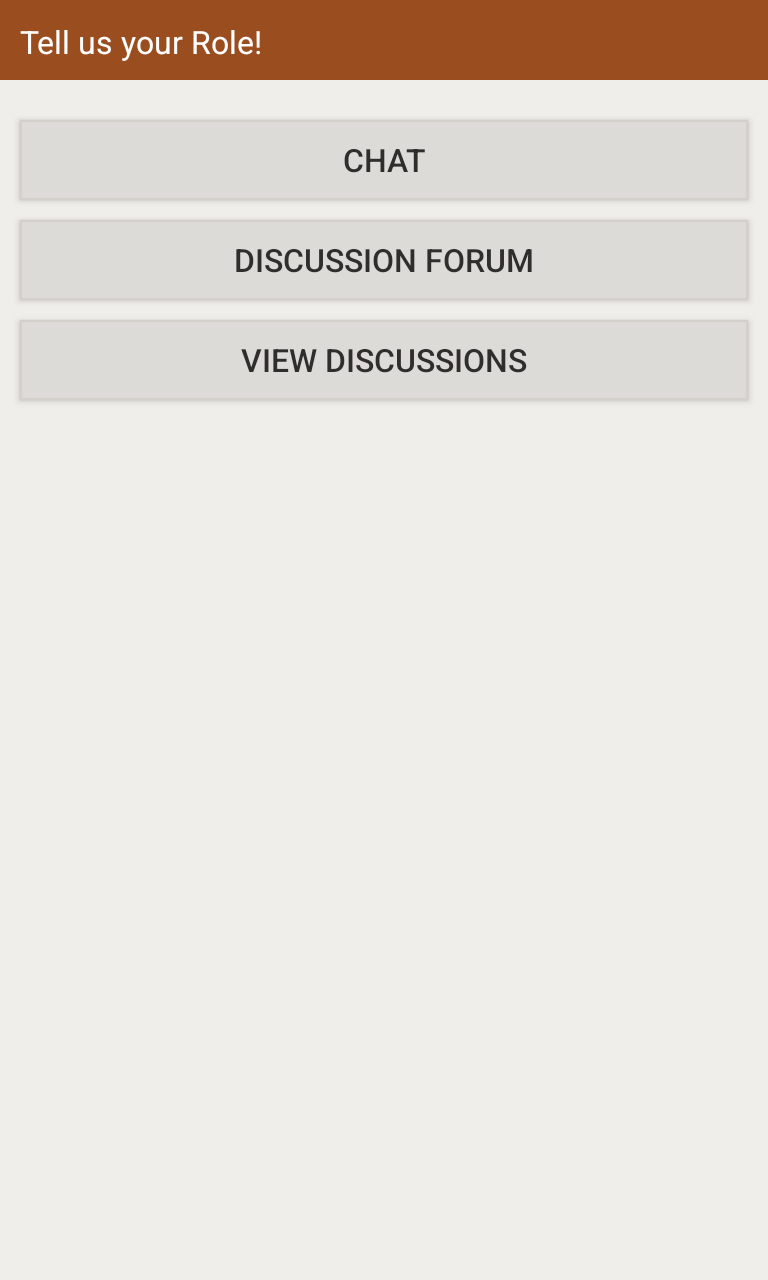
Repository: Prasannakumarb/CollegeMate
Layout: CollegeMate/CollegeMate/res/layout/activity_basic_home_screen.xml
The author's editor kept a copy of each file at every save. The layout is drawn from the files as they stood at one save, then again after the next save.
It is drawn on a 768 x 1280 px phone screen (xhdpi) without system bars, with theme AppTheme; the app's code is not run. The app's manifest (not shown) leaves right-to-left support off. So textAlignment, textDirection and layoutDirection are ignored, and left and right values win over start and end ones.

Above is the layout before, as saved 2014-06-28 22:14:19.

After the next save:
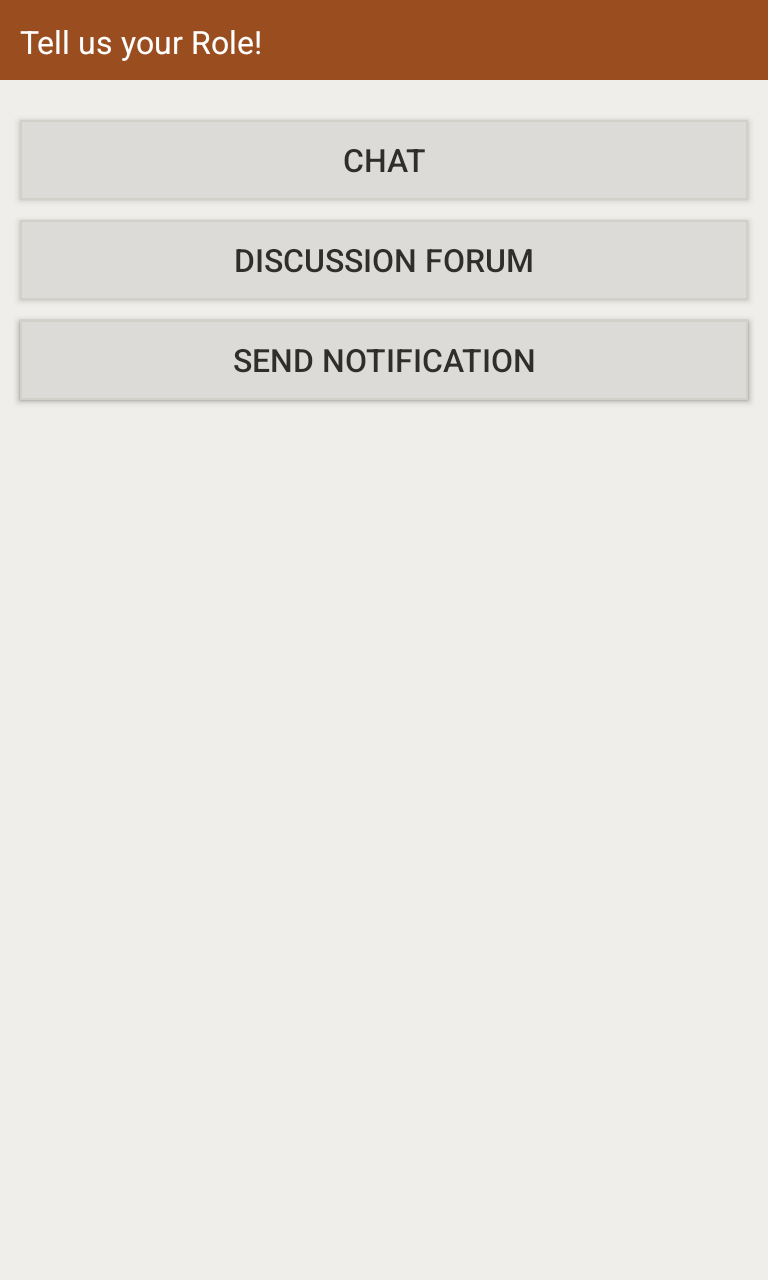
Saved 22 s later.
--- a/CollegeMate/CollegeMate/res/layout/activity_basic_home_screen.xml
+++ b/CollegeMate/CollegeMate/res/layout/activity_basic_home_screen.xml
@@ -61,4 +61,18 @@
         android:textColor="@color/defaultTextColor"
         android:textSize="16sp" />
 
+    <Button
+        android:id="@+id/notification"
+        android:layout_width="match_parent"
+        android:layout_height="40dp"
+        android:layout_alignLeft="@+id/admin"
+        android:layout_alignRight="@+id/admin"
+        android:layout_below="@+id/discussion"
+        android:layout_marginTop="10dp"
+        android:background="@drawable/buttonbg"
+        android:onClick="sendnotification"
+        android:text="@string/sendnoti"
+        android:textColor="@color/defaultTextColor"
+        android:textSize="16sp" />
+
 </RelativeLayout>
